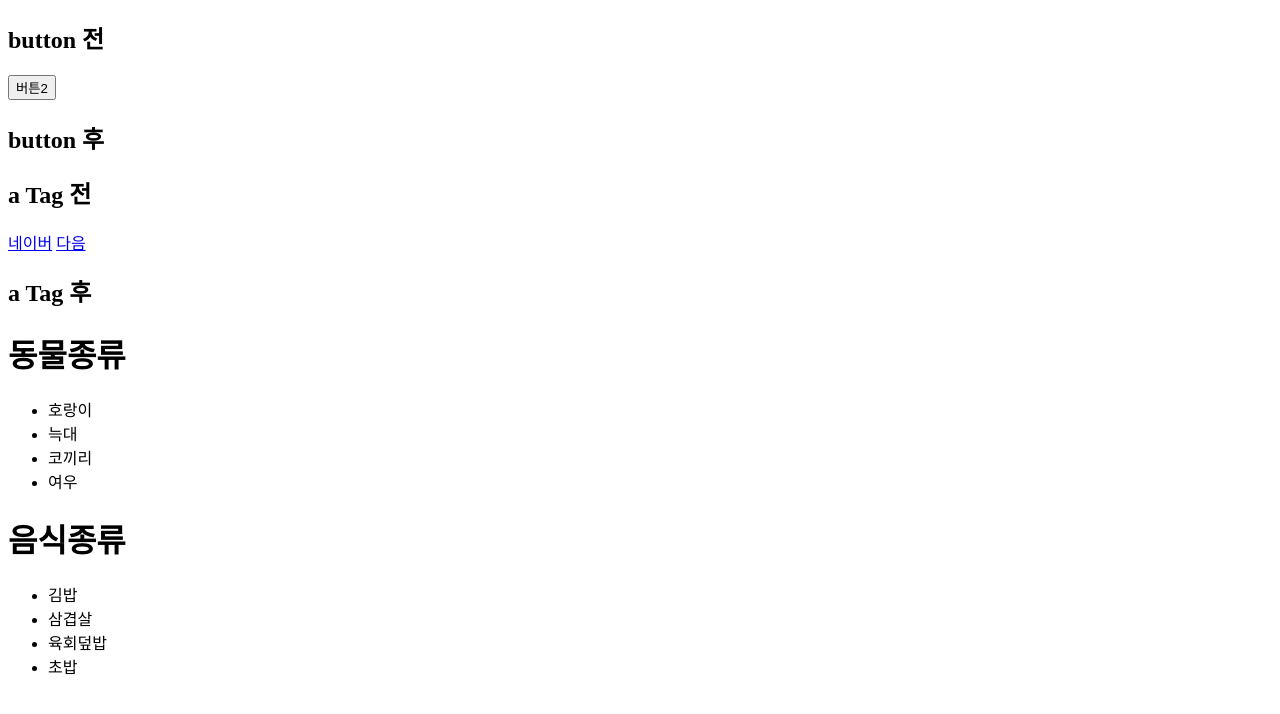
Repository: dhfkdlxm/Lecture-Web
Page: Lecture-Web/WebContent/jquery/prac/exam01.html
These files come from the project's save history. The page is drawn as it stood at one moment and after the next save; the edit follows.
The browser window is 1280 px wide. The pictures show the whole page.

Above is the page before, as saved 2021-06-17 00:22:12.

### Lecture-Web/WebContent/jquery/prac/exam01.html
<!DOCTYPE html>
<html>
<head>
<meta charset="UTF-8">
<title>Insert title here</title>
<script type="text/javascript"
	src="/Lecture-Web/jquery/js/jquery-3.6.0.min.js">

</script>
<script type="text/javascript">
	$(document).ready(function(){
		alert('!!!!')
		$('input:button').hide()
	})


</script>

</head>
<body>
<h2>button 전</h2>
<input type="button" value="버튼1">
<button>버튼2</button>
<h2>button 후</h2>


<h2>a Tag 전</h2>
<a href="http://www.naver.com">네이버</a>
<a href="http://www.daum.net" target="_blank">다음</a>
<h2>a Tag 후</h2>
	<h1>동물종류</h1>
	<ul>
		<li>호랑이</li>
		<li>늑대</li>
		<li>코끼리</li>
		<li>여우</li>
	</ul>
	<h1>음식종류</h1>
	<ul>
		<li>김밥</li>
		<li>삼겹살</li>
		<li>육회덮밥</li>
		<li>초밥</li>
	</ul>

</body>
</html>

Loaded but not shown: Lecture-Web/WebContent/jquery/js/jquery-3.6.0.min.js (library)

After the next save:
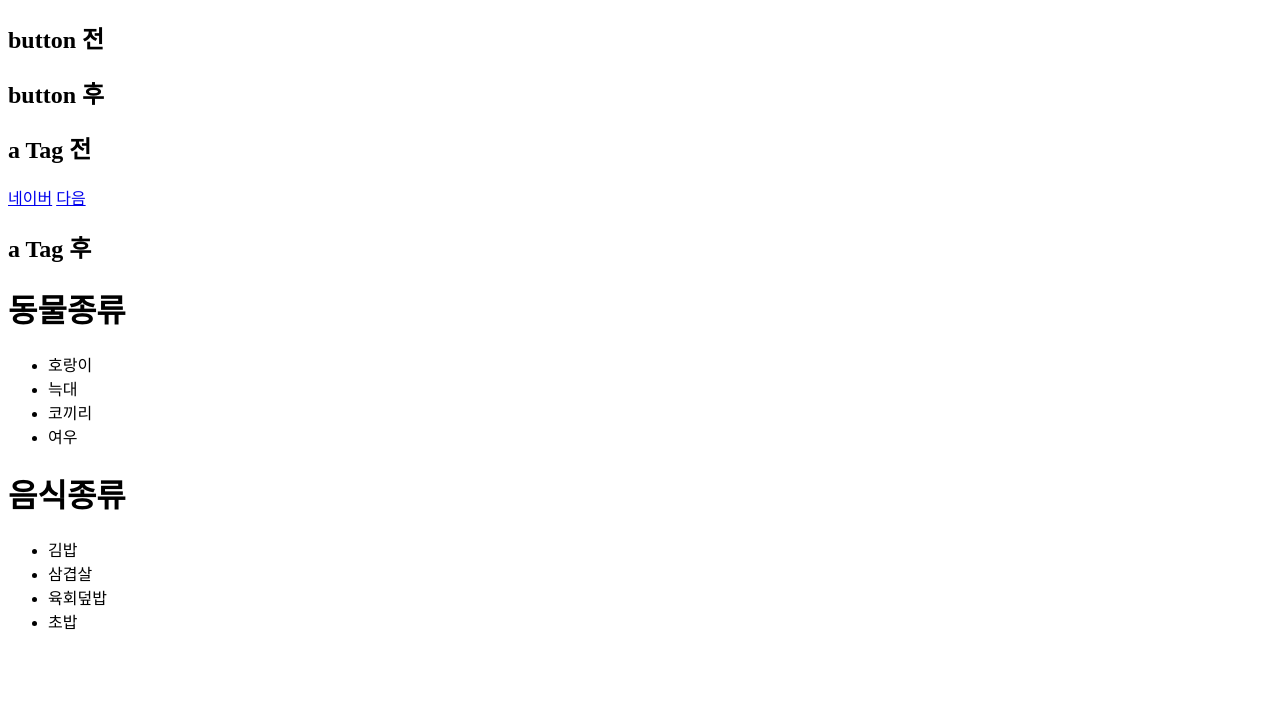
Saved 10 s later.
--- a/Lecture-Web/WebContent/jquery/prac/exam01.html
+++ b/Lecture-Web/WebContent/jquery/prac/exam01.html
@@ -10,7 +10,7 @@
 <script type="text/javascript">
 	$(document).ready(function(){
 		alert('!!!!')
-		$('input:button').hide()
+		$(':button').hide()
 	})
 
 

After the save that followed:
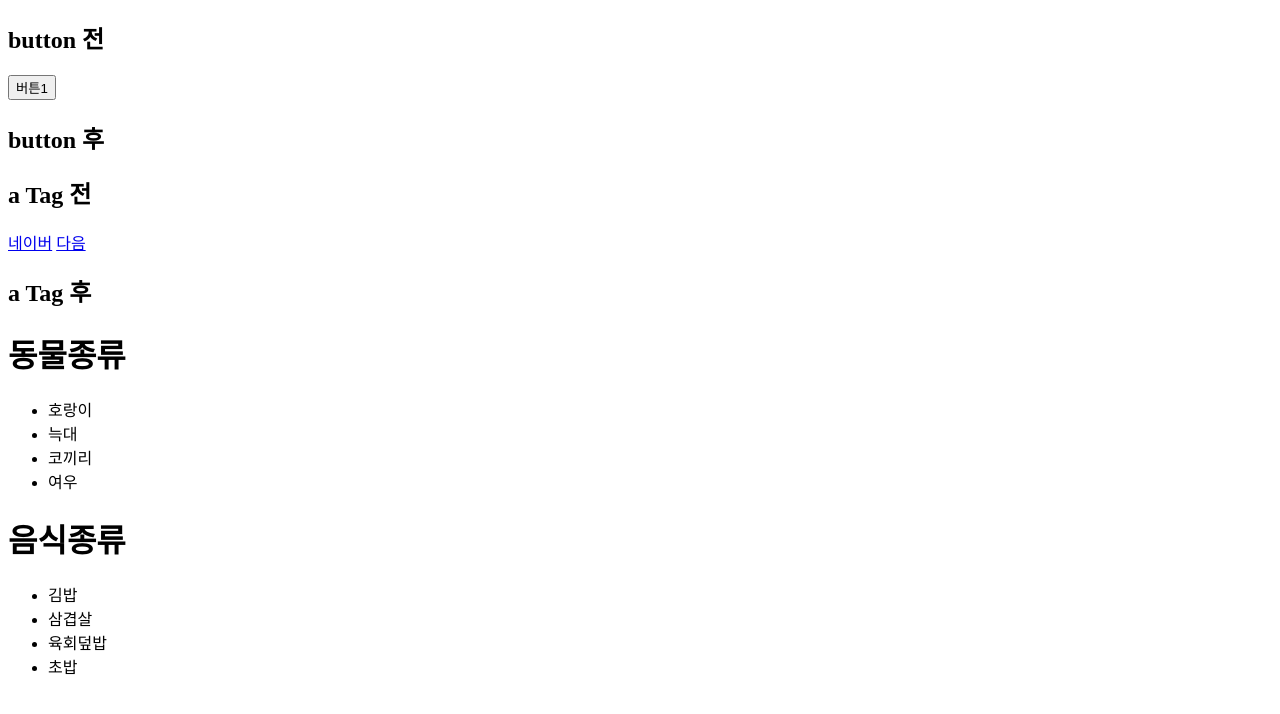
Saved 6 s later.
--- a/Lecture-Web/WebContent/jquery/prac/exam01.html
+++ b/Lecture-Web/WebContent/jquery/prac/exam01.html
@@ -10,7 +10,7 @@
 <script type="text/javascript">
 	$(document).ready(function(){
 		alert('!!!!')
-		$(':button').hide()
+		$('button').hide()
 	})
 
 
